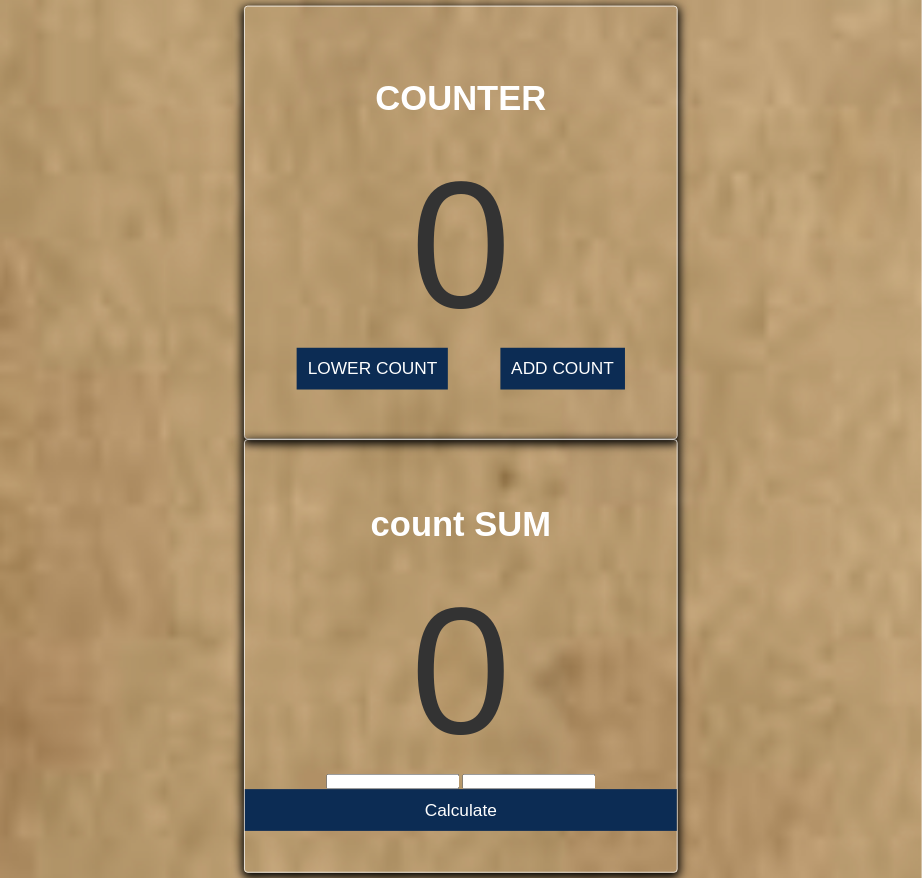
Repository: Hasmik-icml/counter
Page: index.html
These files come from the project's save history. The page is drawn as it stood at one moment and after a run of saves; the edit follows.
The browser window is 1280 px wide. The pictures show the whole page, at 72% of full size.

Above is the page before, as saved 2022-02-14 18:16:25.

### index.html
<!DOCTYPE html>
<html lang="en">
<head>
    <meta charset="UTF-8">
    <meta http-equiv="X-UA-Compatible" content="IE=edge">
    <meta name="viewport" content="width=device-width, initial-scale=1.0">
    <link rel="stylesheet" href="/style.css">
    <title>Document</title>
</head>
<body>
    <!-- increase decrease -->
    <div class="container">
        <h1 class="counterHeader">COUNTER</h1>
        <div class="result">0</div>
        <div class="buttons">
            <button class="buttonLower button">LOWER COUNT</button>
            <button class="buttonAdd button">ADD COUNT</button>
    </div>
    </div>

    <!--calculate sum of two numbers  -->
    <div class="container">
        <h1 class="counterHeader">count SUM</h1>
        <div class="resultSum result">0</div>
        <div class="inputs">
            <input type="text" class="inputNumber1 input">
            <input type="text" class="inputNumber2 input">
        </div>
        <button class="calculateNumber button">Calculate</button>
        <!--  -->
    </div>
    <!--  -->


    <script src="/index.js"></script>
</body>
</html>

### style.css
body{
    display:flex;
    flex-direction:column;
    justify-content:center;
    min-height:100vh;
    background-image: url("/Screenshot_14.png");
    background-repeat: no-repeat;
    background-size: cover;
}
.container {
    width: 600px;
    height: 600px;
    border: 1px solid white;
    border-radius: 5px;
    margin: auto;
    text-align: center;
    box-shadow: 0px 4px 13px 3px;
    display: flex;
    flex-direction: column;
    justify-content: center;
}
.counterHeader{
    color: white;
    font-family: sans-serif;
    font-size: xxx-large;
}
.result{
    color: #333333;
    font-family: sans-serif;
    font-size: 250px;
}
.button{
    background-color: #0c2c54;
    border-style: none;
    color: white;
    padding: 15px;
    font-family: sans-serif;
    font-size: x-large;
}
.buttons{
    display: flex;
    justify-content: space-evenly;
}

### index.js
const result = document.querySelector(".result");
const buttonLower = document.querySelector(".buttonLower");
const buttonAdd = document.querySelector(".buttonAdd");

buttonLower.addEventListener("click", function(){
    result.innerHTML--;
})
buttonAdd.addEventListener("click", function(){
    result.innerHTML++;
})

// function incrisOrDecris(){

// }
// document.querySelectorAll(".button").forEach(item => {
//     item.addEventListener("click", function(e){
//         console.log(e.target);
//         // this.innerHTML++;
//     })
// })


document.querySelector(".calculateNumber").addEventListener("click", function(){
    const number1 = +document.querySelector(".inputNumber1").value;
    const number2 = +document.querySelector(".inputNumber2").value;
    document.querySelector(".resultSum").innerHTML = calculate(number1)(number2);

})

function calculate(num1){
    return function(num2){
        return num1 + num2;
    }
}

After the next 2 saves:
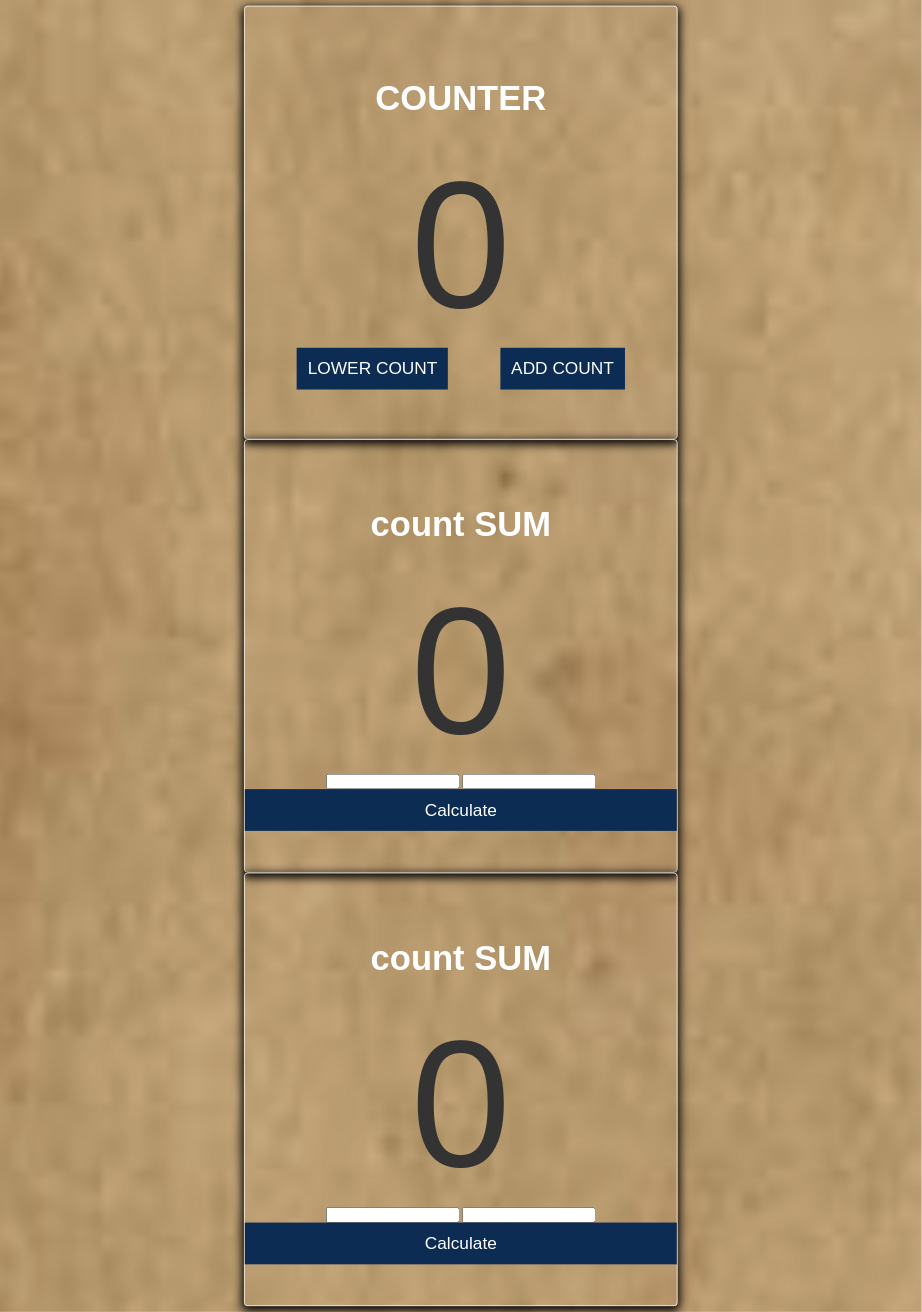
The 2 saves are shown as one change because they came seconds apart.
The last was saved 10 s later.
--- a/index.html
+++ b/index.html
@@ -29,7 +29,17 @@
         <button class="calculateNumber button">Calculate</button>
         <!--  -->
     </div>
-    <!--  -->
+    <!-- timer -->
+    <div class="container">
+        <h1 class="counterHeader">count SUM</h1>
+        <div class="resultSum result">0</div>
+        <div class="inputs">
+            <input type="text" class="inputNumber1 input">
+            <input type="text" class="inputNumber2 input">
+        </div>
+        <button class="calculateNumber button">Calculate</button>
+        <!--  -->
+    </div>
 
 
     <script src="/index.js"></script>
